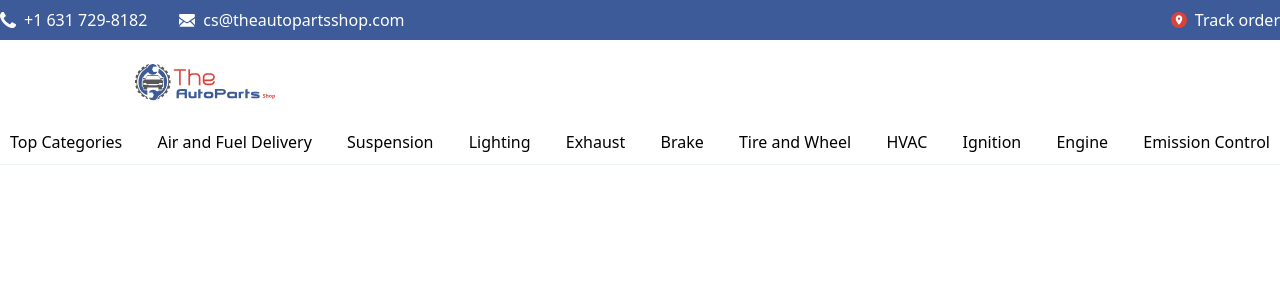
Repository: robindhimanspineor/TAPS-Next
Page: /
An editor plug-in stored every save of this project. The page is shown before and after the next save, followed by the edit.
The browser window is 1280 px wide. The pictures show the whole page.
The project was rebuilt for these pictures with package versions that can differ from the ones it lists, and the page was loaded fresh each time. The framework's server and built-in components were replaced by stand-ins that run in the browser. Also part of the build but not shown: next.config.js.

Above is the page before, as saved 2021-09-16 17:01:30.

### src/pages/index.tsx
// import { useRouter } from 'next/router';

// import { Meta } from '../layout/Meta';
// import { Main } from '../templates/Main';
import Header from '../components/common/header';

const Index = () => {
  // const router = useRouter();

  return (
    // <Main
    //   meta={
    //     <Meta
    //       title="Next.js Boilerplate Presentation"
    //       description="Next js Boilerplate is the perfect starter code for your project. Build your React application with the Next.js framework."
    //     />
    //   }
    // >
    // </Main>
    <div>
      <main className="main-container block">
        <Header />
      </main>
    </div>
  );
};

export default Index;

### src/styles/main.css
@tailwind base;
a {
  @apply text-blue-700;
}

a:hover {
  @apply border-b-2 border-blue-700;
}

@tailwind components;
@tailwind utilities;
.content p {
  @apply my-6;
}

.content ul {
  @apply my-6;
}

a {
  text-decoration: none;
  color: black;
}

.main-header {
  display: flex;
  flex-direction: row;
  flex-wrap: nowrap;
  align-content: flex-start;
  align-items: center;
  height: 80px;
  max-width: 1580px;
  flex-grow: 1;
  width: 100%;
  padding: 0 125px 0 115px;
}

.logo {
  flex-basis: 260px;
  display: flex;
  align-items: center;
  justify-content: flex-start;
  padding-left: 20px;
}

.logo a {
  display: inline-block;
}

.logo a span {
  display: block;
  margin-top: 5px;
  width: 140px;
}

### src/components/common/header/index.tsx
import TopHeader from './top-header';
import MainHeader from './main-header';
import CategoriesHeader from './categories-header';

const Header = () => {
  return (
    <header className="flex flex-col items-center justify-center w-full static border-b z-50">
      <TopHeader />
      <MainHeader />
      <CategoriesHeader />
    </header>
  );
};

export default Header;

### src/components/common/header/top-header.tsx
import PhoneHandle from '../../../svg/PhoneHandleSvg.js';
import MailBoxSvg from '../../../svg/MailBoxSvg.js';
import TrackOrderSvg from '../../../svg/TrackOrderSvg.js';

import topHeaderStyles from '../../../styles/top-header.module.css';
const TopHeader = () => {
  return (
    <div className={`${topHeaderStyles.bgBlue} head-top py-2 w-full text-base`}>
      <div className="w-screen max-w-screen-xl flex justify-between mx-auto">
        <div className="head-top-left flex text-white font-medium w-9/12">
          <div className="head-top-phone flex items-center text-white w-auto">
            <div
              className="text-white h-6 w-6 flex items-center pr-2"
              style={{ fill: '#fff' }}
            >
              <PhoneHandle />
            </div>
            <p>+1 631 729-8182</p>
          </div>
          <div className="heap-top-email flex items-center text-white w-auto ml-8">
            <div
              className="text-white h-6 w-6 flex items-center pr-2"
              style={{ fill: '#fff' }}
            >
              <MailBoxSvg />
            </div>
            <p>cs@theautopartsshop.com</p>
          </div>
        </div>
        <div className="head-top-right text-white font-medium">
          <div
            className="head-top-track-order flex items-center text-white w-auto cursor-pointer"
            onClick={() => console.log('track order')}
          >
            <div
              className="text-white h-6 w-6 flex items-center pr-2 "
              style={{ fill: '#fff' }}
            >
              <TrackOrderSvg />
            </div>
            <p>Track order</p>
          </div>
        </div>
      </div>
    </div>
  );
};
export default TopHeader;

### src/components/common/header/main-header.tsx
import Logo from './logo';

const MainHeader = () => {
  return (
    <div className="main-header">
      <Logo />
      <div className="searchbar"></div>
      <div className="cart-button"></div>
    </div>
  );
};

export default MainHeader;

### src/components/common/header/categories-header.tsx
import Link from 'next/link';
const CategoriesHeader = () => {
  return (
    <div className="header-categories w-screen max-w-screen-xl flex justify-between ">
      <Link href="/">
        <a className="m-2.5 text-black">Top Categories</a>
      </Link>
      <Link href="/air-and-fuel-delivery">
        <a className="m-2.5 text-black">Air and Fuel Delivery</a>
      </Link>
      <Link href="/suspension">
        <a className="m-2.5 text-black">Suspension</a>
      </Link>
      <Link href="/electrical-lighting-and-body">
        <a className="m-2.5 text-black">Lighting</a>
      </Link>
      <Link href="/exhaust">
        <a className="m-2.5 text-black">Exhaust</a>
      </Link>
      <Link href="/brake">
        <a className="m-2.5 text-black">Brake</a>
      </Link>
      <Link href="/tire-and-wheel">
        <a className="m-2.5 text-black">Tire and Wheel</a>
      </Link>
      <Link href="/hvac">
        <a className="m-2.5 text-black">HVAC</a>
      </Link>
      <Link href="/ignition">
        <a className="m-2.5 text-black">Ignition</a>
      </Link>
      <Link href="/engine">
        <a className="m-2.5 text-black">Engine</a>
      </Link>
      <Link href="/emission-control">
        <a className="m-2.5 text-black">Emission Control</a>
      </Link>
    </div>
  );
};

export default CategoriesHeader;

### src/svg/PhoneHandleSvg.js
import React from 'react';

const PhoneHandle = () => (
  <svg
    version="1.1"
    xmlns="http://www.w3.org/2000/svg"
    xmlnsXlink="http://www.w3.org/1999/xlink"
    x="0px"
    y="0px"
    width="401.998px"
    height="401.998px"
    viewBox="0 0 401.998 401.998"
    style={{ enableBackground: 'new 0 0 401.998 401.998' }}
    xmlSpace="preserve"
    aria-label="phone handle svg"
  >
    <g>
      <path
        d="M401.129,311.475c-1.137-3.426-8.371-8.473-21.697-15.129c-3.61-2.098-8.754-4.949-15.41-8.566
		c-6.662-3.617-12.709-6.95-18.13-9.996c-5.432-3.045-10.521-5.995-15.276-8.846c-0.76-0.571-3.139-2.234-7.136-5
		c-4.001-2.758-7.375-4.805-10.14-6.14c-2.759-1.327-5.473-1.995-8.138-1.995c-3.806,0-8.56,2.714-14.268,8.135
		c-5.708,5.428-10.944,11.324-15.7,17.706c-4.757,6.379-9.802,12.275-15.126,17.7c-5.332,5.427-9.713,8.138-13.135,8.138
		c-1.718,0-3.86-0.479-6.427-1.424c-2.566-0.951-4.518-1.766-5.858-2.423c-1.328-0.671-3.607-1.999-6.845-4.004
		c-3.244-1.999-5.048-3.094-5.428-3.285c-26.075-14.469-48.438-31.029-67.093-49.676c-18.649-18.658-35.211-41.019-49.676-67.097
		c-0.19-0.381-1.287-2.19-3.284-5.424c-2-3.237-3.333-5.518-3.999-6.854c-0.666-1.331-1.475-3.283-2.425-5.852
		s-1.427-4.709-1.427-6.424c0-3.424,2.713-7.804,8.138-13.134c5.424-5.327,11.326-10.373,17.7-15.128
		c6.379-4.755,12.275-9.991,17.701-15.699c5.424-5.711,8.136-10.467,8.136-14.273c0-2.663-0.666-5.378-1.997-8.137
		c-1.332-2.765-3.378-6.139-6.139-10.138c-2.762-3.997-4.427-6.374-4.999-7.139c-2.852-4.755-5.799-9.846-8.848-15.271
		c-3.049-5.424-6.377-11.47-9.995-18.131c-3.615-6.658-6.468-11.799-8.564-15.415C98.986,9.233,93.943,1.997,90.516,0.859
		C89.183,0.288,87.183,0,84.521,0c-5.142,0-11.85,0.95-20.129,2.856c-8.282,1.903-14.799,3.899-19.558,5.996
		c-9.517,3.995-19.604,15.605-30.264,34.826C4.863,61.566,0.01,79.271,0.01,96.78c0,5.135,0.333,10.131,0.999,14.989
		c0.666,4.853,1.856,10.326,3.571,16.418c1.712,6.09,3.093,10.614,4.137,13.56c1.045,2.948,2.996,8.229,5.852,15.845
		c2.852,7.614,4.567,12.275,5.138,13.988c6.661,18.654,14.56,35.307,23.695,49.964c15.03,24.362,35.541,49.539,61.521,75.521
		c25.981,25.98,51.153,46.49,75.517,61.526c14.655,9.134,31.314,17.032,49.965,23.698c1.714,0.568,6.375,2.279,13.986,5.141
		c7.614,2.854,12.897,4.805,15.845,5.852c2.949,1.048,7.474,2.43,13.559,4.145c6.098,1.715,11.566,2.905,16.419,3.576
		c4.856,0.657,9.853,0.996,14.989,0.996c17.508,0,35.214-4.856,53.105-14.562c19.219-10.656,30.826-20.745,34.823-30.269
		c2.102-4.754,4.093-11.273,5.996-19.555c1.909-8.278,2.857-14.985,2.857-20.126C401.99,314.814,401.703,312.819,401.129,311.475z"
      />
    </g>
    <g />
    <g />
    <g />
    <g />
    <g />
    <g />
    <g />
    <g />
    <g />
    <g />
    <g />
    <g />
    <g />
    <g />
    <g />
  </svg>
);

export default PhoneHandle;

### src/svg/MailBoxSvg.js
import React from 'react';

const MailBoxSvg = () => (
  <svg
    version="1.1"
    xmlns="http://www.w3.org/2000/svg"
    xmlnsXlink="http://www.w3.org/1999/xlink"
    x="0px"
    y="0px"
    width="550.795px"
    height="550.795px"
    viewBox="0 0 550.795 550.795"
    style={{ enableBackground: 'new 0 0 550.795 550.795' }}
    xmlSpace="preserve"
    aria-label="mail box"
  >
    <g>
      <g>
        <path
          d="M501.613,491.782c12.381,0,23.109-4.088,32.229-12.16L377.793,323.567c-3.744,2.681-7.373,5.288-10.801,7.767
			c-11.678,8.604-21.156,15.318-28.434,20.129c-7.277,4.822-16.959,9.737-29.045,14.755c-12.094,5.024-23.361,7.528-33.813,7.528
			h-0.306h-0.306c-10.453,0-21.72-2.503-33.813-7.528c-12.093-5.018-21.775-9.933-29.045-14.755
			c-7.277-4.811-16.75-11.524-28.434-20.129c-3.256-2.387-6.867-5.006-10.771-7.809L16.946,479.622
			c9.119,8.072,19.854,12.16,32.234,12.16H501.613z"
        />
        <path
          d="M31.047,225.299C19.37,217.514,9.015,208.598,0,198.555V435.98l137.541-137.541
			C110.025,279.229,74.572,254.877,31.047,225.299z"
        />
        <path
          d="M520.059,225.299c-41.865,28.336-77.447,52.73-106.75,73.195l137.486,137.492V198.555
			C541.98,208.396,531.736,217.306,520.059,225.299z"
        />
        <path
          d="M501.613,59.013H49.181c-15.784,0-27.919,5.33-36.42,15.979C4.253,85.646,0.006,98.97,0.006,114.949
			c0,12.907,5.636,26.892,16.903,41.959c11.267,15.061,23.256,26.891,35.961,35.496c6.965,4.921,27.969,19.523,63.012,43.801
			c18.917,13.109,35.368,24.535,49.505,34.395c12.05,8.396,22.442,15.667,31.022,21.701c0.985,0.691,2.534,1.799,4.59,3.269
			c2.215,1.591,5.018,3.61,8.476,6.107c6.659,4.816,12.191,8.709,16.597,11.683c4.4,2.975,9.731,6.298,15.985,9.988
			c6.249,3.685,12.143,6.456,17.675,8.299c5.533,1.842,10.655,2.766,15.367,2.766h0.306h0.306c4.711,0,9.834-0.924,15.368-2.766
			c5.531-1.843,11.42-4.608,17.674-8.299c6.248-3.69,11.572-7.02,15.986-9.988c4.406-2.974,9.938-6.866,16.598-11.683
			c3.451-2.497,6.254-4.517,8.469-6.102c2.057-1.476,3.605-2.577,4.596-3.274c6.684-4.651,17.1-11.892,31.104-21.616
			c25.482-17.705,63.01-43.764,112.742-78.281c14.957-10.447,27.453-23.054,37.496-37.803c10.025-14.749,15.051-30.22,15.051-46.408
			c0-13.525-4.873-25.098-14.598-34.737C526.461,63.829,514.932,59.013,501.613,59.013z"
        />
      </g>
    </g>
    <g />
    <g />
    <g />
    <g />
    <g />
    <g />
    <g />
    <g />
    <g />
    <g />
    <g />
    <g />
    <g />
    <g />
    <g />
  </svg>
);

export default MailBoxSvg;

### src/svg/TrackOrderSvg.js
import React from 'react';

const TrackOrderSvg = () => (
    <svg xmlns="http://www.w3.org/2000/svg"
        version="1.1"
        id="Layer_1"
        x="0px"
        y="0px"
        viewBox="0 0 28 28"
        style={{ enableBackground: "new 0 0 28 28" }}>

        <circle id="Ellipse_2" fill="#D9433E" cx="14" cy="14" r="14" />
        <path id="Icon_material-location-on" fill="#FFFFFF" d="M14,5.9c-3.1,0-5.7,2.5-5.7,5.7c0,0,0,0,0,0c0,4.3,5.7,10.5,5.7,10.5  s5.7-6.3,5.7-10.5C19.7,8.4,17.1,5.9,14,5.9C14,5.9,14,5.9,14,5.9z M14,13.6c-1.1,0-2-0.9-2-2c0-1.1,0.9-2,2-2c1.1,0,2,0.9,2,2l0,0  C16,12.7,15.1,13.6,14,13.6z" />
    </svg>
);

export default TrackOrderSvg;

### src/styles/top-header.module.css
.bgBlue {
  background-color: #3d5b99;
}

### src/components/common/header/logo.tsx
import React from 'react';
import Link from 'next/link';

const Logo = () => (
  <div className="logo">
    <Link href="/">
      <a>
        <span>
          <svg x="0px" y="0px" viewBox="0 0 1004.91 260.67">
            <title>theautopartsshop.com</title>
            <path
              fill="#ff0"
              d="M231.67,154.11"
              transform="translate(-48.51 -38.87)"
            />
            <path
              fill="#ff0"
              d="M259.25,150.17"
              transform="translate(-48.51 -38.87)"
            />
            <path
              fill="#d9433e"
              d="M327.3,76.1h86.6V87.9H376.66V191.22H364.95V87.9H327.3Z"
              transform="translate(-48.51 -38.87)"
            />
            <path
              fill="#d9433e"
              d="M431.62,76h12.2v33.85q8.8-5.33,15.59-5.33h31.1q10.58,0,20.92,10.66,6.87,7.35,6.87,23.59v52.43H506.5V137.58q0-16.07-12.12-20.12l-5.33-.73H461.67q-13.81,0-17.53,12.93l-.32,2.67v58.89h-12.2Z"
              transform="translate(-48.51 -38.87)"
            />
            <path
              fill="#d9433e"
              d="M564.53,104.46h28.19q20.2,0,28.2,21.65l.73,5.74v3.39q0,14.46-16.32,24.4A35.87,35.87,0,0,1,592,162.3H547.08V163q0,11.47,13.33,15.59l7.59.81h20.92q15.83,0,20.12-11.39a34.07,34.07,0,0,0,1.54-6.14h11.07q0,20.76-22.46,28.6l-6.46.73h-24.4q-24.16,0-31.91-19.39a43.41,43.41,0,0,1-1.53-10.66V134.11q0-19.63,19-27.79A26.84,26.84,0,0,1,564.53,104.46Zm-17.85,33.85v12.2h41.12q17,0,20.52-10.34a15.89,15.89,0,0,0,1.54-7.19q0-7-6.06-12.52-4.2-4.2-15.27-4.2H568.73q-12.52,0-16.72,4.93Q546.68,125.38,546.68,138.31Z"
              transform="translate(-48.51 -38.87)"
            />
            <path
              fill="#d9433e"
              d="M983.65,273.4a6.78,6.78,0,0,1-2.56,5.6,11.11,11.11,0,0,1-7.12,2,16.71,16.71,0,0,1-7.43-1.58V274.3A30.63,30.63,0,0,0,971,276a13.3,13.3,0,0,0,3.37.49,4.79,4.79,0,0,0,2.81-.7,2.4,2.4,0,0,0,1-2.08,2.3,2.3,0,0,0-.43-1.37,4.81,4.81,0,0,0-1.27-1.16,32.89,32.89,0,0,0-3.4-1.78,16.1,16.1,0,0,1-3.61-2.17,8.15,8.15,0,0,1-1.92-2.42,6.91,6.91,0,0,1-.72-3.23,6.78,6.78,0,0,1,2.36-5.47,9.8,9.8,0,0,1,6.53-2,15.4,15.4,0,0,1,3.9.48,26.89,26.89,0,0,1,3.89,1.36l-1.79,4.33a26.36,26.36,0,0,0-3.47-1.2,11.18,11.18,0,0,0-2.7-.34,3.57,3.57,0,0,0-2.42.74,2.42,2.42,0,0,0-.84,1.92,2.38,2.38,0,0,0,.34,1.28,3.74,3.74,0,0,0,1.09,1.06,33.55,33.55,0,0,0,3.53,1.84,14,14,0,0,1,5,3.53A6.89,6.89,0,0,1,983.65,273.4Z"
              transform="translate(-48.51 -38.87)"
            />
            <path
              fill="#d9433e"
              d="M1006.43,280.69H1001V269q0-4.34-3.23-4.34a3.67,3.67,0,0,0-3.32,1.56,9.53,9.53,0,0,0-1,5.06v9.44H987.9V252.75h5.48v5.69q0,.67-.13,3.12l-.12,1.62h.29a6.34,6.34,0,0,1,5.82-2.94,7.11,7.11,0,0,1,5.37,1.9,7.56,7.56,0,0,1,1.83,5.46Z"
              transform="translate(-48.51 -38.87)"
            />
            <path
              fill="#d9433e"
              d="M1030.23,270.62q0,4.9-2.58,7.67a9.37,9.37,0,0,1-7.2,2.76,10.07,10.07,0,0,1-5.1-1.27,8.41,8.41,0,0,1-3.39-3.64,12.21,12.21,0,0,1-1.19-5.53q0-4.92,2.57-7.65a9.43,9.43,0,0,1,7.22-2.73,10.13,10.13,0,0,1,5.1,1.26,8.39,8.39,0,0,1,3.39,3.61A12.1,12.1,0,0,1,1030.23,270.62Zm-13.88,0a8.42,8.42,0,0,0,1,4.51,3.5,3.5,0,0,0,3.19,1.53,3.44,3.44,0,0,0,3.15-1.52,8.54,8.54,0,0,0,1-4.51,8.29,8.29,0,0,0-1-4.47,4.12,4.12,0,0,0-6.34,0A8.28,8.28,0,0,0,1016.35,270.62Z"
              transform="translate(-48.51 -38.87)"
            />
            <path
              fill="#d9433e"
              d="M1045.7,281a6.65,6.65,0,0,1-5.55-2.57h-.29q.29,2.51.29,2.91v8.13h-5.48v-28.9h4.45l.77,2.6h.25a6.33,6.33,0,0,1,5.69-3,6.51,6.51,0,0,1,5.57,2.75q2,2.75,2,7.63a15.07,15.07,0,0,1-.94,5.58,7.83,7.83,0,0,1-2.68,3.61A6.88,6.88,0,0,1,1045.7,281Zm-1.62-16.43a3.46,3.46,0,0,0-3,1.25,7.16,7.16,0,0,0-1,4.12v.59a8.45,8.45,0,0,0,1,4.63,3.43,3.43,0,0,0,3,1.4q3.68,0,3.68-6.07a8.67,8.67,0,0,0-.91-4.44A3.09,3.09,0,0,0,1044.09,264.62Z"
              transform="translate(-48.51 -38.87)"
            />
            <path
              fill="#3d5b99"
              d="M363.38,284.2h-16.7V251.25a79.65,79.65,0,0,1,1.21-14.73A20.87,20.87,0,0,1,353,226q3.88-4.2,11.12-6.34t19.2-2.14a168.44,168.44,0,0,1,20.76,1.21q9.69,1.21,17.19,1.92V284.2H404.64V258.48H363.47Zm41.25-51.52q-4.82-.36-10.22-.58t-11.3-.22a39.21,39.21,0,0,0-9.46.94,14.28,14.28,0,0,0-5.8,2.77,10.42,10.42,0,0,0-3.08,4.38,21.9,21.9,0,0,0-1.21,5.76h41.07Z"
              transform="translate(-48.51 -38.87)"
            />
            <path
              fill="#3d5b99"
              d="M459.73,285.27a67,67,0,0,1-11.92-.94,19.65,19.65,0,0,1-8.57-3.57,16,16,0,0,1-5.18-7.28,34.9,34.9,0,0,1-1.74-12.05V238.57H449v22.86a14,14,0,0,0,.63,4.55,6.31,6.31,0,0,0,1.92,2.86,7.71,7.71,0,0,0,3.3,1.52,22.7,22.7,0,0,0,4.87.45q1.69,0,3.13,0t3-.18l3.39-.27q1.83-.13,4.42-.4V238.57h16.61v43.57q-3.39.45-6.79,1t-7.1,1q-3.71.45-7.77.76T459.73,285.27Z"
              transform="translate(-48.51 -38.87)"
            />
            <path
              fill="#3d5b99"
              d="M533.48,250.36H518.93V284.2h-16.7V222.59l16.7-4.29v19.29h14.55Z"
              transform="translate(-48.51 -38.87)"
            />
            <path
              fill="#3d5b99"
              d="M576.87,237.59a117.41,117.41,0,0,1,16.21.94,26.66,26.66,0,0,1,10.67,3.57,14.69,14.69,0,0,1,5.89,7.28,41.59,41.59,0,0,1,0,24.11,14.68,14.68,0,0,1-5.89,7.28,26.63,26.63,0,0,1-10.67,3.57,140.93,140.93,0,0,1-32.46,0A26.3,26.3,0,0,1,550,280.76a14.73,14.73,0,0,1-5.85-7.28,41.58,41.58,0,0,1,0-24.11A14.75,14.75,0,0,1,550,242.1a26.33,26.33,0,0,1,10.67-3.57A118.41,118.41,0,0,1,576.87,237.59Zm0,33.21q5.09,0,8.39-.31a14.21,14.21,0,0,0,5.18-1.29,5.5,5.5,0,0,0,2.63-2.81,13.24,13.24,0,0,0,.76-5,13.61,13.61,0,0,0-.76-5,5.48,5.48,0,0,0-2.63-2.86,14.27,14.27,0,0,0-5.18-1.29q-3.3-.31-8.39-.31t-8.39.31a14.7,14.7,0,0,0-5.22,1.29,5.24,5.24,0,0,0-2.63,2.86,14.34,14.34,0,0,0-.71,5,14,14,0,0,0,.71,5,5.26,5.26,0,0,0,2.63,2.81,14.64,14.64,0,0,0,5.22,1.29Q571.78,270.81,576.87,270.81Z"
              transform="translate(-48.51 -38.87)"
            />
            <path
              fill="#3d5b99"
              d="M672.05,218.21a57.24,57.24,0,0,1,13.71,1.38,23.44,23.44,0,0,1,8.79,4,14.2,14.2,0,0,1,4.69,6.34,24.65,24.65,0,0,1,1.38,8.57,28.61,28.61,0,0,1-1.29,9.11,13,13,0,0,1-4.51,6.29,22,22,0,0,1-8.75,3.66,67.6,67.6,0,0,1-14,1.21H638.66V284.2H622.05v-66h50Zm0,27.77a43.81,43.81,0,0,0,5.67-.31,11.57,11.57,0,0,0,3.88-1.12,5,5,0,0,0,2.23-2.28,8.72,8.72,0,0,0,.71-3.79,8.11,8.11,0,0,0-.8-3.88,5.48,5.48,0,0,0-2.37-2.28,11.43,11.43,0,0,0-3.93-1.07,48.49,48.49,0,0,0-5.4-.27H638.66v15Z"
              transform="translate(-48.51 -38.87)"
            />
            <path
              fill="#3d5b99"
              d="M744.11,237.59a113.36,113.36,0,0,1,12.5.71q6.43.72,11.88,1.52,6.25,1,12.41,2.14V284.2H768.84L766.79,282a54.66,54.66,0,0,1-9.6,2.32,80.48,80.48,0,0,1-13.08,1,118.41,118.41,0,0,1-16.25-.94,26.68,26.68,0,0,1-10.71-3.57,14.66,14.66,0,0,1-5.89-7.28,41.57,41.57,0,0,1,0-24.11,14.67,14.67,0,0,1,5.89-7.28,26.71,26.71,0,0,1,10.71-3.57A118.41,118.41,0,0,1,744.11,237.59Zm0,33.21q1.69,0,4.15-.09t5.18-.22l5.54-.27q2.81-.13,5.31-.31V252.86q-2.5-.09-5.31-.27t-5.54-.31q-2.72-.13-5.18-.22t-4.15-.09q-5.09,0-8.39.31a14.7,14.7,0,0,0-5.22,1.29,5.24,5.24,0,0,0-2.63,2.86,14.33,14.33,0,0,0-.71,5,13.94,13.94,0,0,0,.71,5,5.26,5.26,0,0,0,2.63,2.81,14.64,14.64,0,0,0,5.22,1.29Q739,270.81,744.11,270.81Z"
              transform="translate(-48.51 -38.87)"
            />
            <path
              fill="#3d5b99"
              d="M801.17,239.33q4.46-.58,9.2-1t9.64-.58q4.91-.18,9.64-.18v12q-5.09.27-8.79.71t-6.29.89q-2.95.54-5.09,1.07v32H792.86V240.72Q796.7,239.91,801.17,239.33Z"
              transform="translate(-48.51 -38.87)"
            />
            <path
              fill="#3d5b99"
              d="M871.52,250.36H857V284.2h-16.7V222.59L857,218.3v19.29h14.55Z"
              transform="translate(-48.51 -38.87)"
            />
            <path
              fill="#3d5b99"
              d="M943.67,270.9a12.91,12.91,0,0,1-1.74,6.92,11.93,11.93,0,0,1-5.8,4.51,38.31,38.31,0,0,1-10.71,2.37,144.32,144.32,0,0,1-16.56.49q-3.75-.09-7.68-.4t-7.41-.76q-3.48-.45-6.29-.89l-4.42-.71V271.88q5.44.27,10.45.45,4.28.18,8.66.31t7,.13q5.44.18,8.79.13a40.62,40.62,0,0,0,5.13-.31,5.15,5.15,0,0,0,2.37-.76,1.9,1.9,0,0,0,.67-1.29,1.21,1.21,0,0,0-.36-1.12,3.88,3.88,0,0,0-1.7-.67,28.45,28.45,0,0,0-3.44-.45l-5.58-.45q-10.72-.8-17.41-2a40.1,40.1,0,0,1-10.45-3,10.28,10.28,0,0,1-5-4.51,14.65,14.65,0,0,1-1.29-6.43,12.16,12.16,0,0,1,1.74-6.61,12.55,12.55,0,0,1,5.8-4.55,37.81,37.81,0,0,1,10.71-2.54,129.93,129.93,0,0,1,16.56-.58q4.37.09,8.75.54t7.86,1q4.11.63,7.77,1.34v10.89q-2.32-.27-5.67-.49t-6.83-.4q-3.48-.18-6.7-.31l-5.45-.22q-5.54-.09-8.84,0a46.56,46.56,0,0,0-5.13.36,5.23,5.23,0,0,0-2.41.76,1.52,1.52,0,0,0-.58,1.21,1.45,1.45,0,0,0,.36,1.07,3.35,3.35,0,0,0,1.52.63,24.73,24.73,0,0,0,3.35.45l5.85.45q10.8.8,17.5,2a40.41,40.41,0,0,1,10.4,3,10.31,10.31,0,0,1,5,4.51A14.66,14.66,0,0,1,943.67,270.9Z"
              transform="translate(-48.51 -38.87)"
            />
            <path
              fill="#58585a"
              d="M246.48,147.78a4.09,4.09,0,0,0,4.09-4.09v-2.74a2.07,2.07,0,0,0-2.3-2.06l-18,2-2.48-3.84-10-15.38a7.11,7.11,0,0,0-6-3.25H140.45a6.18,6.18,0,0,0-5.33,3L126,137l-2.35,4-16.24-1.91a3.32,3.32,0,0,0-3.71,3.3v1.77a3.65,3.65,0,0,0,3.65,3.65h12.29l-2.76,4.69-6,3.33-6,3.33a3.32,3.32,0,0,0-1.7,2.9v37.46a2.66,2.66,0,0,0,2.14,2.61l1.74,1,1.74,1a3,3,0,0,1,2.4,2.91l0,5.4,0,8a2.1,2.1,0,0,0,2.36,2.07l1.59-.19,1.59-.19h17.6a1.83,1.83,0,0,0,1.83-1.83V206.72h80.39v13.5a1.92,1.92,0,0,0,1.92,1.92h22a1.91,1.91,0,0,0,1.91-1.91V207.06a3.22,3.22,0,0,1,1.37-2.64l2-1,2-1a3.32,3.32,0,0,0,1.83-1,2.86,2.86,0,0,0,.77-1.9V161.24a3.28,3.28,0,0,0-1.74-2.9l-5.53-2.94-5.53-2.94-4.12-6.37,1.39,1.68ZM137.42,123h77.66l18.27,27.41H121.43Zm104.14,52.61a3.58,3.58,0,0,1,3.58,3.58v5.37a3.24,3.24,0,0,1-3.24,3.24h-30a3.59,3.59,0,0,0-3,1.69l-.3.48-.3.48a3.41,3.41,0,0,1-2.89,1.6H150.66a3.15,3.15,0,0,1-2.67-1.48l-.32-.51-.32-.51a3.75,3.75,0,0,0-3.18-1.76H111.57a3.37,3.37,0,0,1-3.37-3.37v-5.52a3.3,3.3,0,0,1,3.3-3.3h15a3.45,3.45,0,0,1,3.41,2.89l.22,1,.22,1a2.37,2.37,0,0,0,2.32,1.86h85.46a2.53,2.53,0,0,0,2.52-2.52v-.31a3.94,3.94,0,0,1,3.94-3.94h17Z"
              transform="translate(-48.51 -38.87)"
            />
            <path
              fill="#58585a"
              d="M147.65,44.92V39.66l-18.16,5.68a2.82,2.82,0,0,0-1.8,3.68l2.89,7.71-14.44,7.88-5.7-8a1.51,1.51,0,0,0-2.09-.36L93.76,67.68a1.51,1.51,0,0,0-.37,2.12l5.67,6.63L87.25,88.25l-6.61-5.78a1.51,1.51,0,0,0-2.07.46L67,97.63a1.51,1.51,0,0,0,.3,2l6.85,5.71-6.57,13.13-9-2.26a1.51,1.51,0,0,0-1.83,1.1l-4.53,18.13a1.51,1.51,0,0,0,1.05,1.82L61,139.46l-2,15.1H50a1.51,1.51,0,0,0-1.51,1.51v18A1.51,1.51,0,0,0,50,175.57h9l1.31,17.07L52.42,196a1.51,1.51,0,0,0-.84,1.87l5.67,17a1.51,1.51,0,0,0,1.85,1l7.8-2.23,7.88,14.44-7.93,5.67a1.51,1.51,0,0,0-.33,2.13l10,13.38a1.51,1.51,0,0,0,2,.35l8-4.46L98.41,257l-5.55,6.66a1.51,1.51,0,0,0,.25,2.17L106.65,276a1.51,1.51,0,0,0,1.87,0l7-5.8,13.13,6.57-3.29,7.68a1.51,1.51,0,0,0,.91,2l18.14,6-11.82-21s-52.52-15.76-67-85.35c0,0-17.07-84,69.59-124.74C135.18,61.33,139.12,50.83,147.65,44.92Z"
              transform="translate(-48.51 -38.87)"
            />
            <path
              fill="#3d5b99"
              d="M182.26,96.67,171.12,78.25l8.44-20,28.33-2.17A38.73,38.73,0,0,0,140,62.58l0,1.65c-17.78,9.3-53.1,34.1-63,75.89,0,0-10.77,44,7.45,79.68,0,0,12,27.32,52.1,42l.88-29.77-1.25-2.58a6.82,6.82,0,0,0-4.09-1.36H116.16a7.85,7.85,0,0,1-5.55-2.3,2.62,2.62,0,0,1-.77-1.85V212.75a5.15,5.15,0,0,0-1.51-3.65l-9.23-7.91a5.2,5.2,0,0,1-1.52-3.68v-33a12.31,12.31,0,0,1,1.3-5.51l1.1-2.21a6.26,6.26,0,0,0,.66-2.8l.31-13.75s1.81-5,4-5h2.11c1.87,0,4.62-8.24,5.66-9.8,3.1-4.63,18.15-19,30.25-28.8l.32,2.38a38.73,38.73,0,0,0,67.23-4.46Z"
              transform="translate(-48.51 -38.87)"
            />
            <path
              fill="#3d5b99"
              d="M277.2,145.8c-11.37-54.92-57.36-72.24-57.36-72.24L215,101.14c12.35,7.41,24.69,24.76,29,31.23a5.6,5.6,0,0,0,4.66,2.49h2.11c2.23,0,4,.5,4,2.73l-1.31,22.06a6.26,6.26,0,0,0,.66,2.8l1.1,2.21a12.31,12.31,0,0,1,1.3,5.51v33a5.2,5.2,0,0,1-1.52,3.68l-7.91,6.6a5.16,5.16,0,0,0-1.51,3.65v6a2.62,2.62,0,0,1-.77,1.85c-1.47,1.47-3.47,3.61-5.55,3.61H223.43a6.82,6.82,0,0,0-4.09,1.36L208,236.67a37.94,37.94,0,0,0-61.74,6l27.82-.07,9.65,18.9-9.56,18.9-27.82.07a38,38,0,0,0,66.1-.4l.5-7.91,2.73-3.69c37.06-22.67,47.55-45.64,47.55-45.64C284.21,197.23,277.2,145.8,277.2,145.8Z"
              transform="translate(-48.51 -38.87)"
            />
            <path
              fill="#58585a"
              d="M207.4,46.23V41l15.54,5.68a2.82,2.82,0,0,1,1.8,3.68L224.47,58l11.82,7.88,5.7-8a1.51,1.51,0,0,1,2.09-.36L258.66,69a1.51,1.51,0,0,1,.37,2.12l-5.67,6.63,11.82,11.82,6.61-5.78a1.51,1.51,0,0,1,2.07.46l11.6,14.69a1.51,1.51,0,0,1-.3,2l-8.17,4.4,7.88,14.44,9-2.26a1.51,1.51,0,0,1,1.83,1.1l4.53,18.13a1.51,1.51,0,0,1-1.05,1.82l-6.47,2.22.66,15.1h9a1.51,1.51,0,0,1,1.51,1.51v18a1.51,1.51,0,0,1-1.51,1.51h-9L290.78,194,300,196a1.51,1.51,0,0,1,.84,1.87l-5.67,18.32a1.51,1.51,0,0,1-1.85,1L284.21,215l-7.88,13.13,7.93,5.67a1.51,1.51,0,0,1,.33,2.13l-11.35,14.69a1.51,1.51,0,0,1-2,.35l-6.69-4.46L252.7,258.29l5.55,5.34a1.51,1.51,0,0,1-.25,2.17l-13.53,11.46a1.51,1.51,0,0,1-1.87,0l-5.65-8.43-13.13,7.88.67,9a1.51,1.51,0,0,1-.91,2l-15.51,4.73,13.13-22.32S269.11,257,285.52,188.7c0,0,21-84-65.65-124.74C219.87,64,215.93,52.14,207.4,46.23Z"
              transform="translate(-48.51 -38.87)"
            />
          </svg>
        </span>
      </a>
    </Link>
  </div>
);

export default Logo;

Loaded but not shown: src/pages/_app.tsx (common file); src/pages/_document.tsx (common file); src/utils/AppConfig.ts (common file); tailwind.config.js (common file)

After the next save:
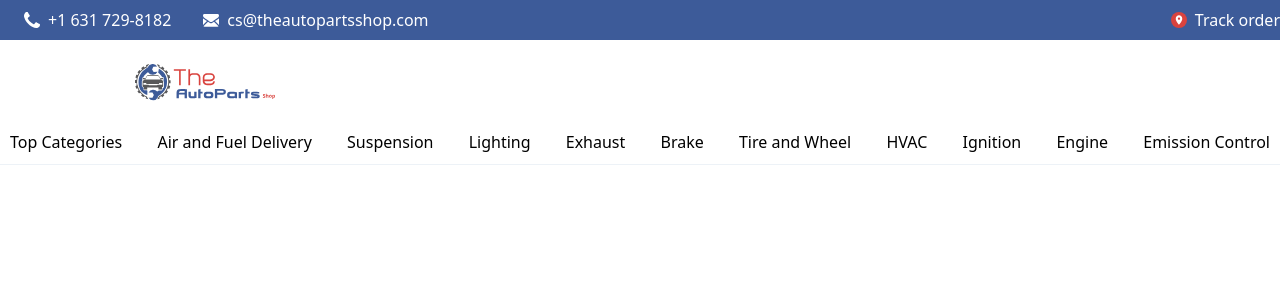
Saved 92 s later.
--- a/src/components/common/header/top-header.tsx
+++ b/src/components/common/header/top-header.tsx
@@ -7,7 +7,7 @@ const TopHeader = () => {
   return (
     <div className={`${topHeaderStyles.bgBlue} head-top py-2 w-full text-base`}>
       <div className="w-screen max-w-screen-xl flex justify-between mx-auto">
-        <div className="head-top-left flex text-white font-medium w-9/12">
+        <div className="head-top-left flex text-white font-medium pl-6">
           <div className="head-top-phone flex items-center text-white w-auto">
             <div
               className="text-white h-6 w-6 flex items-center pr-2"
